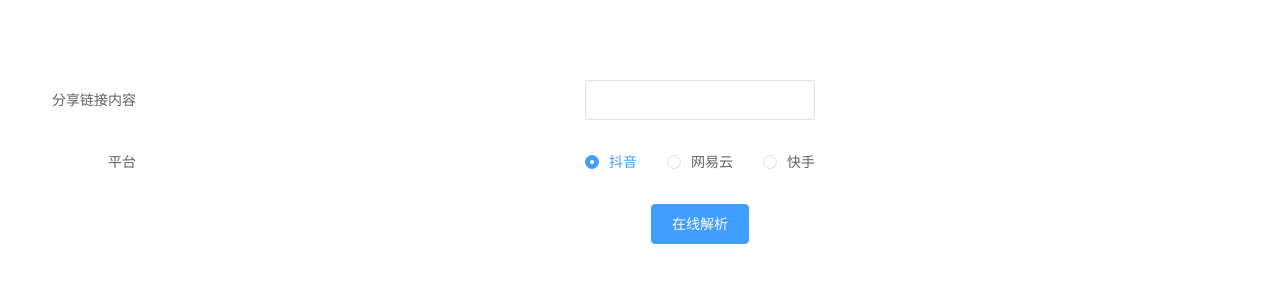
Repository: lyln/freepd
Page: / (app in frontend/freepd/)
An editor plug-in stored every save of this project. The page is shown before and after the next save, followed by the edit.
The browser window is 1280 px wide. The pictures show the whole page.
The project was rebuilt for these pictures with package versions that can differ from the ones it lists, and the page was loaded fresh each time.

Above is the page before, as saved 2022-05-22 18:08:23.

### frontend/freepd/index.html
<!DOCTYPE html>
<html>
  <head>
    <meta charset="utf-8">
    <meta name="viewport" content="width=device-width,initial-scale=1.0">
    <title>freepd</title>
  </head>
  <body>
    <div id="app"></div>
    <!-- built files will be auto injected -->
  </body>
</html>

### frontend/freepd/src/main.js
// The Vue build version to load with the `import` command
// (runtime-only or standalone) has been set in webpack.base.conf with an alias.
import Vue from 'vue'
import App from './App'
import router from './router'
import ElementUI from 'element-ui';
import 'element-ui/lib/theme-chalk/index.css';

Vue.config.productionTip = false
Vue.use(ElementUI)

/* eslint-disable no-new */
new Vue({
  el: '#app',
  router,
  components: { App },
  template: '<App/>'
})

### frontend/freepd/src/App.vue
<template>
	<div id="app">
		<router-view />
	</div>
</template>

<script>
export default {
	name: 'App',
}
</script>

<style>
#app {
	font-family: 'Avenir', Helvetica, Arial, sans-serif;
	-webkit-font-smoothing: antialiased;
	-moz-osx-font-smoothing: grayscale;
	text-align: center;
	color: #2c3e50;
	margin-top: 60px;
}
</style>

### frontend/freepd/src/components/HelloWorld.vue
<template>
	<el-container>
		<el-main style="wide: 80%">
			<el-row>
				<el-col :span="24">
					<div class="grid-content bg-purple-dark"></div>

					<el-form ref="form" :model="form" label-width="120px" class="fpd-form">
						<el-form-item label="分享链接内容">
							<el-input v-model="form.url"></el-input>
						</el-form-item>
						<el-form-item label="平台" label-width="120px">
							<el-radio-group v-model="form.type">
								<el-radio :label="1">抖音</el-radio>
								<el-radio :label="2">网易云</el-radio>
								<el-radio :label="3">快手</el-radio>
							</el-radio-group>
						</el-form-item>
						<el-form-item>
							<el-button type="primary" @click="onSubmit">在线解析</el-button>
						</el-form-item>
					</el-form>

				</el-col>
			</el-row>
		</el-main>
	</el-container>

</template>
<script>
export default {
	name: 'HelloWorld',
	data() {
		return {
			msg: 'free parse download',
			form: {
				url: '',
				type: 1,
			},
		}
	},
	methods: {
		onSubmit() {
			console.log('submit!')
		},
	},
}
</script>

<!-- Add "scoped" attribute to limit CSS to this component only -->
<style scoped>
h1,
h2 {
	font-weight: normal;
}
ul {
	list-style-type: none;
	padding: 0;
}
li {
	display: inline-block;
	margin: 0 10px;
}
a {
	color: #42b983;
}
.el-input {
	width: 230px;
}

.fpd-form {
	.el-form-item__content {
		text-align: left;
	}
}
</style>

Loaded but not shown: frontend/freepd/src/router/index.js (common file)

After the next save:
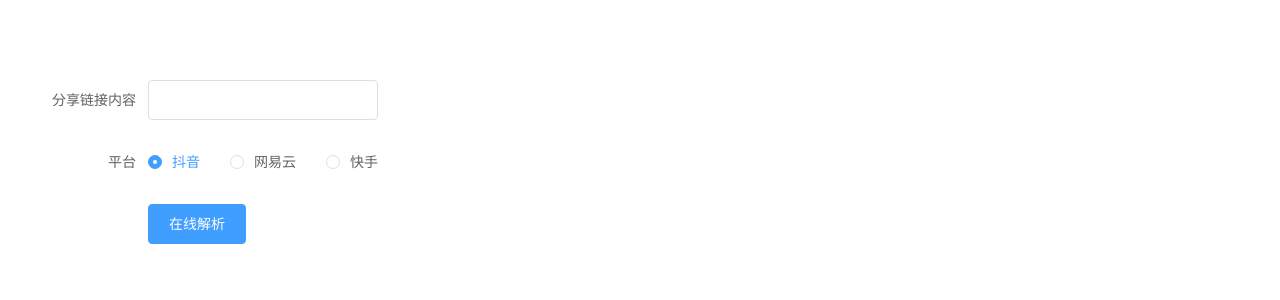
Saved 32 s later.
--- a/frontend/freepd/src/components/HelloWorld.vue
+++ b/frontend/freepd/src/components/HelloWorld.vue
@@ -69,8 +69,6 @@ a {
 }
 
 .fpd-form {
-	.el-form-item__content {
-		text-align: left;
-	}
+	text-align: left;
 }
 </style>
